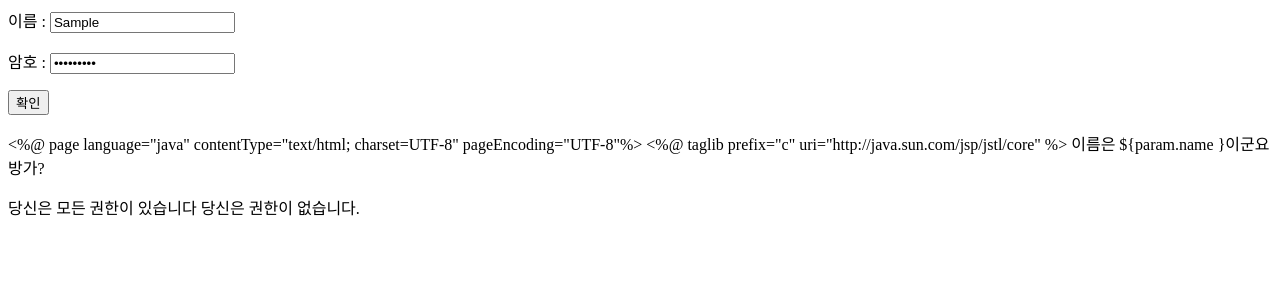
Repository: SongHyeSun/JSP
Page: jspSrc17/och15_ajax/src/main/webapp/ch03/ajaxSetup.html
An editor plug-in stored every save of this project. The page is shown before and after the next save, followed by the edit.
The browser window is 1280 px wide. The pictures show the whole page.
Empty fields were first filled with sample values (such as "Sample", 5 or name@example.com).
After loading, the first visible `#sub` was clicked once.

Above is the page before, as saved 2024-07-22 06:02:17.

### jspSrc17/och15_ajax/src/main/webapp/ch03/ajaxSetup.html
<!DOCTYPE html>
<html>
<head>
<meta charset="UTF-8">
<title>Insert title here</title>
<script type="text/javascript" src="../js/jquery.js"></script>
<script type="text/javascript">
	$(function() {
		$('#sub').click(function() {
			//					val은 value이다.
			var name = $('#name').val();
			var pass = $('#pass').val();
			var sendData = 'name=' + name + '&pass=' + pass;

			alert('sendData->'+sendData);

			//1. 따로 만들어놓고
			$.ajaxSetup({
				type : 'GET',
				url : 'checkIn.jsp',
				dataType : 'text',
				//data1은 chechin에서 넘어온 값이다. 변수 명은 다르게 해도 되는데, 2개가 같으면 된다!
				success : function(data1) {
							$('#msg').html(data1);
				}
			});

			//2. data가 만들어진 후에 실행시키게 할 수 있다. (Setup과 합칠 수 있다.)
			$.ajax({
				data : sendData
			});

		});
	});
</script>
</head>
<body>
	<form action="">
		이름 : <input type="text" name="name" id="name"><p>
		암호 : <input type="password" name="pass" id="pass"><p>
		<input type="button" id="sub" value="확인">
	</form>
	<div id="msg"></div>
</body>
</html>

Loaded but not shown: jspSrc17/och15_ajax/src/main/webapp/js/jquery.js (library)

After the next save:
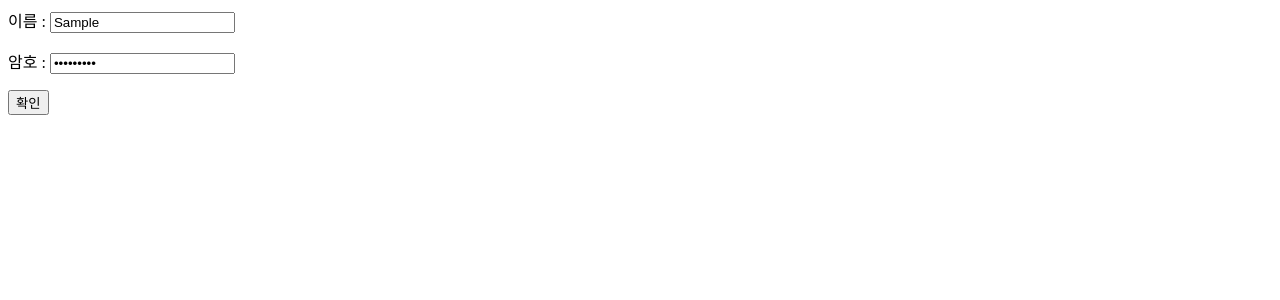
Console error: ReferenceError: sendData is not defined
Saved 59 s later.
--- a/jspSrc17/och15_ajax/src/main/webapp/ch03/ajaxSetup.html
+++ b/jspSrc17/och15_ajax/src/main/webapp/ch03/ajaxSetup.html
@@ -7,10 +7,11 @@
 <script type="text/javascript">
 	$(function() {
 		$('#sub').click(function() {
-			//					val은 value이다.
+			//첫 번째 방법
+			/* //					val은 value이다.
 			var name = $('#name').val();
 			var pass = $('#pass').val();
-			var sendData = 'name=' + name + '&pass=' + pass;
+			var sendData = 'name=' + name + '&pass=' + pass; */
 
 			alert('sendData->'+sendData);
 

After the save that followed:
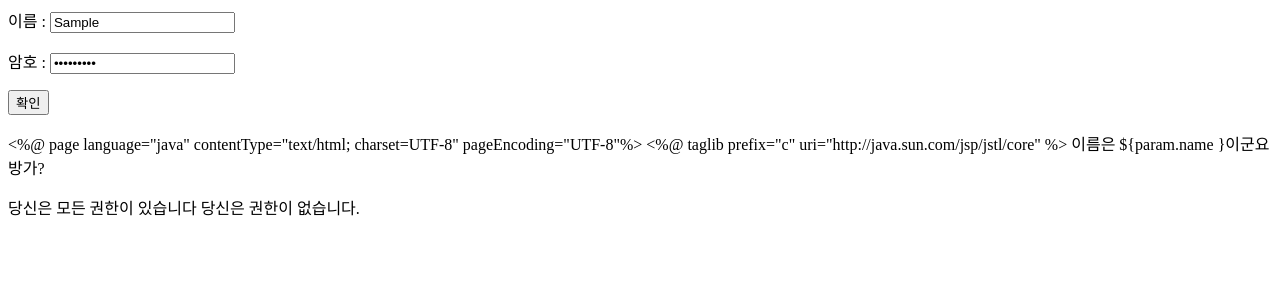
The error is gone.
Saved 30 s later.
--- a/jspSrc17/och15_ajax/src/main/webapp/ch03/ajaxSetup.html
+++ b/jspSrc17/och15_ajax/src/main/webapp/ch03/ajaxSetup.html
@@ -12,6 +12,8 @@
 			var name = $('#name').val();
 			var pass = $('#pass').val();
 			var sendData = 'name=' + name + '&pass=' + pass; */
+
+			var sendData = $('form').serialize();
 
 			alert('sendData->'+sendData);
 
